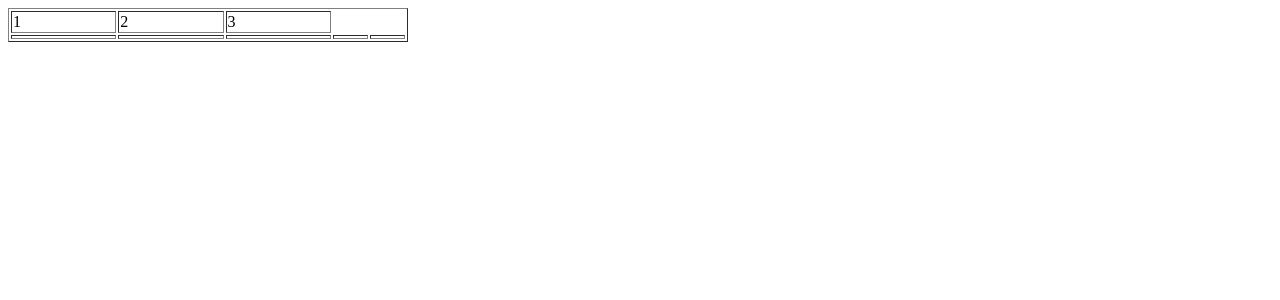
Repository: hsaar/jsworkplace
Page: http://localhost/testjsp/jsp/forTest.jsp
The author's editor kept a copy of each file at every save. The page is drawn from the files as they stood at one save, then again after the next save.
The browser window is 1280 px wide. The pictures show the whole page.
The page is served by Tomcat 9.

Above is the page before, as saved 2025-08-25 04:05:45.

After the next save:
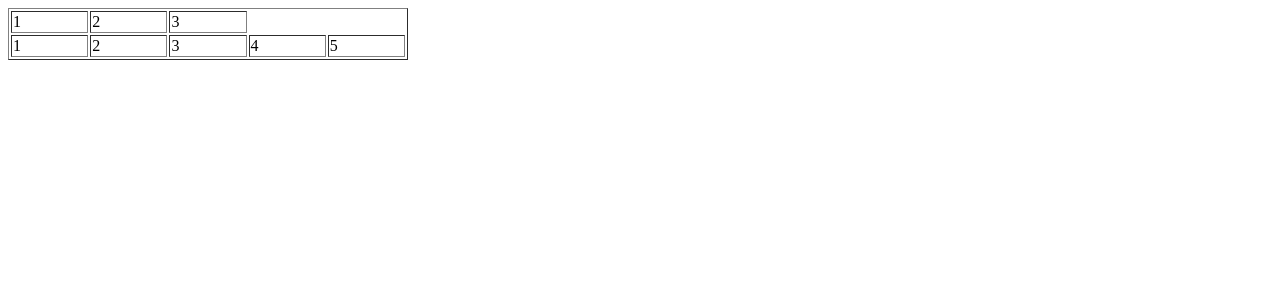
Saved 15 s later.
--- a/testjsp/src/main/webapp/jsp/forTest.jsp
+++ b/testjsp/src/main/webapp/jsp/forTest.jsp
@@ -16,7 +16,7 @@
 		<tr>
 		<%
 			for(int i = 1; i<=5; i++){
-				out.println("<td></td>");
+				out.println("<td>"+i+"</td>");
 
 			}
 
